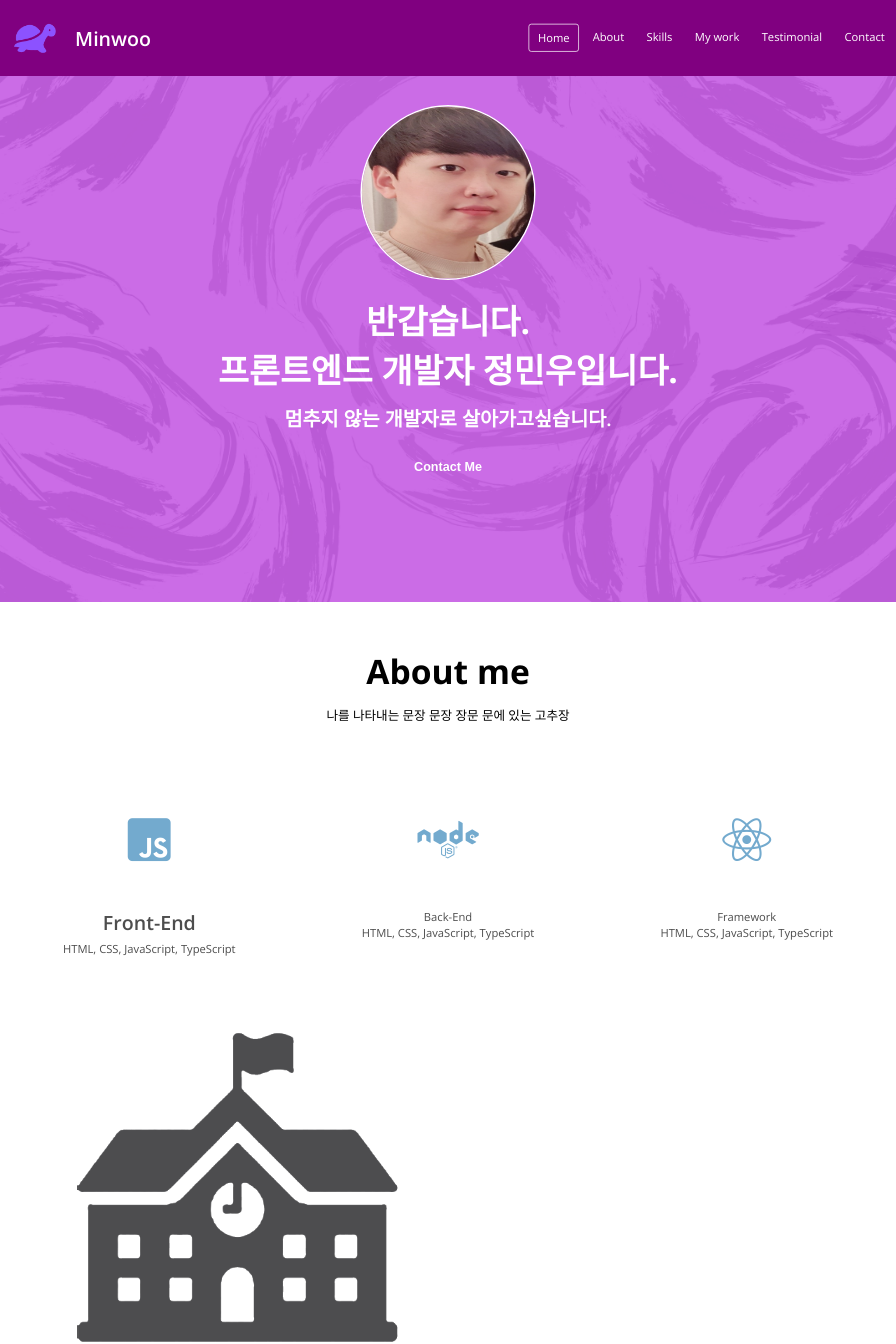
Repository: DevMinwoo-Jung/MinwooPortfolio
Page: index.html
These files come from the project's save history. The page is drawn as it stood at one moment and after the next save; the edit follows.
The browser window is 1280 px wide. The pictures show the part of the page from y = 0 to 1920 px (the page is 5419 px tall before and 5441 px after), at 70% of full size.

Above is the page before, as saved 2021-06-02 15:15:47.

### index.html
<!DOCTYPE html>
<html lang="en">
<head>
  <meta charset="UTF-8">
  <meta http-equiv="X-UA-Compatible" content="IE=edge">
  <meta name="viewport" content="width=device-width, initial-scale=1.0">
  <title>Minwoo's Portfolio</title>
  <meta name="description" content="(will be) world-renowned Front-End Web developer Minwoo">
  <meta name="author" content= "Minwoo Jung">
  <link rel="icon" type ="image/png" href="imgs/favicon.png">
  <link rel="stylesheet" href="https://use.fontawesome.com/releases/v5.15.3/css/all.css" integrity="sha384-SZXxX4whJ79/gErwcOYf+zWLeJdY/qpuqC4cAa9rOGUstPomtqpuNWT9wdPEn2fk" crossorigin="anonymous">
  <link rel="preconnect" href="https://fonts.gstatic.com">
<link href="https://fonts.googleapis.com/css2?family=Open+Sans:wght@400;600;700&display=swap" rel="stylesheet">
<link rel="stylesheet" href="style.css">
<script src="main.js" defer></script>
</head>
<body>
  <!-- Navbar -->
  <nav id="navbar">
    <div class="navbar__logo">
      <img src="imgs/favicon.png" alt="">
      <a href="#">Minwoo</a>
    </div>
    <div class="navbar__menu">
      <ul class="navbar__menu">
        <li class="navbar__menu__item active" data-link="#home">Home</li>
        <li class="navbar__menu__item" data-link="#about">About</li>
        <li class="navbar__menu__item" data-link="#skills">Skills</li>
        <li class="navbar__menu__item" data-link="#work">My work</li>
        <li class="navbar__menu__item" data-link="#testimonials">Testimonial</li>
        <li class="navbar__menu__item" data-link="#contact">Contact</li>
      </ul>
    </div>
  <!-- Toggle Button -->
      <button class="navbar__toggle-btn">
        <i class="fas fa-bars"></i>
      </button>
  </nav>


  <!-- Home -->
  <section id="home">
    <div class="home__container">
      <img src="imgs/myPhoto.jpg" alt="Minwoo's profile photo" class="home__avatar">
      <h1 class="home__title">반갑습니다. <br> 프론트엔드 개발자 정민우입니다.</h1>
      <h2 class="home__description">멈추지 않는 개발자로 살아가고싶습니다.</h2>
      <button class="home__contact" data-link="#contact">Contact Me</button>
    </div>
  </section>
  <!-- About -->
  <section id="about" class="section section__container">
    <h1>About me</h1>
    <p>나를 나타내는 문장 문장 장문 문에 있는 고추장</p>
    <div class="aoubt__majors">
      <div class="major">
        <div class="major__icon">
          <i class="fab fa-js-square"></i>
        </div>
        <h2 class="major__title">Front-End</h2>
        <div class="major__description">
          HTML, CSS, JavaScript, TypeScript
        </div>
      </div>
      <div class="major">
        <div class="major__icon">
          <i class="fab fa-node"></i>
        </div>
        <div class="major__title">Back-End</div>
        <div class="major__description">
          HTML, CSS, JavaScript, TypeScript
        </div>
      </div>
      <div class="major">
        <div class="major__icon">
          <i class="fab fa-react"></i>
        </div>
        <div class="major__title">Framework</div>
        <div class="major__description">
          HTML, CSS, JavaScript, TypeScript
        </div>
      </div>
    </div>
    <div class="aoubt__jobs">
      <div class="job">
        <img src="imgs/school.png" alt="" class="job__logo">
      </div>
      <div class="job__description">
        <p class="job__period">쌍용교육센터 - 2019.09 ~ 2020.04</p>
      </div>
      <div class="job">
        <img src="imgs/school.png" alt="" class="job__logo">
      </div>
      <div class="job__description">
        <p class="job__period">호서대학교 - 2012.02 ~ 2017.02</p>
      </div>
    </div>



  </section>
  <!-- Skills -->
  <section id="skills" class="section">
    <div class="section__container">
      <h1>Skills</h1>
      <h2>Skills & Attributes</h2>
      <p>
        나를 잘 포장할 말을 쓰면 된다
      </p>
      <div class="skillset">
        <div class="skillset__left">
          <h3 class="skillset__title">Skills</h3>
          <div class="skill">
            <div class="skill__description">
              <span>HTML</span>
              <span>90%</span>
            </div>
            <div class="skill__bar">
              <div class="skill__value" style="width: 99%;"></div>
            </div>
          </div>
          <div class="skill">
            <div class="skill__description">
              <span>JavaScript</span>
              <span>90%</span>
            </div>
            <div class="skill__bar">
              <div class="skill__value"  style="width: 99%;"></div>
            </div>
          </div>
          <div class="skill">
            <div class="skill__description">
              <span>CSS</span>
              <span>90%</span>
            </div>
            <div class="skill__bar">
              <div class="skill__value"  style="width: 90%;"></div>
            </div>
          </div>
          <div class="skill">
            <div class="skill__description">
              <span>TypeScript</span>
              <span>90%</span>
            </div>
            <div class="skill__bar">
              <div class="skill__value"  style="width: 85%;"></div>
            </div>
          </div>
          <div class="skill">
            <div class="skill__description">
              <span>NodeJs</span>
              <span>90%</span>
            </div>
            <div class="skill__bar">
              <div class="skill__value"  style="width: 80%;"></div>
            </div>
          </div>
        </div>
        <div class="skillset__right">
          <div class="tools">
            <h3 class="skillset__title">Tools</h3>
            <ul class="tools__list">
              <li><span>Visual Studio Code</span></li>
              <li><span>1</span></li>
              <li><span>2</span></li>
              <li><span>3</span></li>
              <li><span>4</span></li>
            </ul>
          </div>
          <div class="etc">
            <h3 class="skillset__title">Etc</h3>
            <ul class="etc__list">
              <li><span>Git</span></li>
              <li><span>Etc</span></li>
            </ul>
          </div>
        </div>
      </div>
    </div>
  </section>
  <!-- Work -->
  <section id="work" class="section">
<div class="section__container">
  <h1>My work</h1>
  <h3>Projects</h3>
  <div class="work__categories">
    <button class="category__btn active">All <span class="category__count">8</span></button>
    <button class="category__btn">Front-End <span class="category__count">3</span></button>
    <button class="category__btn">React <span class="category__count">2</span></button>
    <button class="category__btn">vanilaJs <span class="category__count">2</span></button>
    <button class="category__btn">nodeJs <span class="category__count">1</span></button>
  </div>
  <div class="work__projects">
    <a href="mygithub" class="project" target="blank" data-type="back-end">
    <img class="project__img" src="imgs/favicon.png" alt="project1">
    <!-- 이미지 추후에 넣자 -->
    <div class="project__description">
      <h3>Proejct</h3>
      <span>Clone coding with HTML and CSS</span>
    </div>
    </a>
    <a href="mygithub" class="project" target="blank" data-type="back-end">
      <img class="project__img" src="imgs/favicon.png" alt="project1">
      <!-- 이미지 추후에 넣자 -->
      <div class="project__description">
        <h3>Proejct</h3>
        <span>Clone coding with HTML and CSS</span>
      </div>
      </a>
      <a href="mygithub" class="project" target="blank" data-type="back-end">
        <img class="project__img" src="imgs/favicon.png" alt="project1">
        <!-- 이미지 추후에 넣자 -->
        <div class="project__description">
          <h3>Proejct</h3>
          <span>Clone coding with HTML and CSS</span>
        </div>
      </a>
      <a href="mygithub" class="project" target="blank" data-type="back-end">
        <img class="project__img" src="imgs/favicon.png" alt="project1">
        <!-- 이미지 추후에 넣자 -->
        <div class="project__description">
          <h3>Proejct</h3>
          <span>Clone coding with HTML and CSS</span>
        </div>
      </a>
      <a href="mygithub" class="project" target="blank" data-type="back-end">
        <img class="project__img" src="imgs/favicon.png" alt="project1">
        <!-- 이미지 추후에 넣자 -->
        <div class="project__description">
          <h3>Proejct</h3>
          <span>Clone coding with HTML and CSS</span>
        </div>
      </a>
      <a href="mygithub" class="project" target="blank" data-type="back-end">
        <img class="project__img" src="imgs/favicon.png" alt="project1">
        <!-- 이미지 추후에 넣자 -->
        <div class="project__description">
          <h3>Proejct</h3>
          <span>Clone coding with HTML and CSS</span>
        </div>
      </a>
      <a href="mygithub" class="project" target="blank" data-type="back-end">
        <img class="project__img" src="imgs/favicon.png" alt="project1">
        <!-- 이미지 추후에 넣자 -->
        <div class="project__description">
          <h3>Proejct</h3>
          <span>Clone coding with HTML and CSS</span>
        </div>
      </a>
      <a href="mygithub" class="project" target="blank" data-type="back-end">
        <img class="project__img" src="imgs/favicon.png" alt="project1">
        <!-- 이미지 추후에 넣자 -->
        <div class="project__description">
          <h3>Proejct</h3>
          <span>Clone coding with HTML and CSS</span>
        </div>
      </a>
  </div>
</div>
  </section>
  <!-- Testimonials -->
  <section id="testimonials" class="section">
<div class="section__container">
  <h1>Testmonials</h1>
  <h3>See what they say about me</h3>
  <div class="testimonials">
    <div class="testimonial">
      <img src="imgs/testimonail/people.jpg" alt="" class="testimonial__avatar">
      <div class="testimonail__speech-bubble">
        <p>Lorem Ipsum is simply dummy text of the printing and typesetting industry. Lorem Ipsum has been the industry's standard dummy text ever since the 1500s, when an unknown printer took a galley of type and scrambled it to make a type specimen book. It has survived not only five centuries, but also the leap into electronic typesetting, remaining essentially unchanged. It was popularised in the 1960s with the release of Letraset sheets containing Lorem Ipsum passages, and more recently with desktop publishing software like Aldus PageMaker including versions of Lorem Ipsum.</p>
        <p class="name"><a href="">이름</a>일한곳</p>
      </div>
    </div>
    <div class="testimonial">
      <div class="testimonail__speech-bubble">
        <p>Lorem Ipsum is simply dummy text of the printing and typesetting industry. Lorem Ipsum has been the industry's standard dummy text ever since the 1500s, when an unknown printer took a galley of type and scrambled it to make a type specimen book. It has survived not only five centuries, but also the leap into electronic typesetting, remaining essentially unchanged. It was popularised in the 1960s with the release of Letraset sheets containing Lorem Ipsum passages, and more recently with desktop publishing software like Aldus PageMaker including versions of Lorem Ipsum.</p>
        <p class="name"><a href="">이름</a>일한곳</p>
      </div>
      <img src="imgs/testimonail/people.jpg" alt="" class="testimonial__avatar">
    </div>
  </div>
</div>
  </section>
  <!-- Contact -->
  <section id="contact" class="section">
    <h1 class="contact__title">Let's talk</h1>
    <h2 class="contact__email">applejung312@gmail.com</h2>
    <div class="contact__links">
      <a href="https://github.com/DevMinwoo-Jung" target="_blank">
        <i class="fab fa-github"></i>
      </a>
      <a href="https://dev-minwoo.tistory.com/" target="_blank">
        <i class="fas fa-blog"></i>
      </a>
    </div>
    <p class="contact__right">
      2021 Minwoo Jung - All rights reseverd
    </p>
  </section>
</body>
</html>

### style.css
/* Global */
:root {
  /* Color */
  --color-white: #ffffff;
  --color-light-white: #eeeeee;
  --color-dark-white: #bdbdbd;
  --color-pink: #fe918d;
  --color-dark-pink: #ff6863;
  --color-dark-grey: #4d4d4d;
  --color-grey: #616161;
  --color-light-grey: #7c7979;
  --color-blue: #73aace;
  --color-yellow: #fff7d1;
  --color-orange: #feb546;
  --color-black: #000000;
  --color-dard-purple: rgb(78, 23, 69);

  /* Font size */
  --font-large: 48px;
  --font-medium: 28px;
  --font-regular: 18px;
  --font-small: 16px;
  --font-micro: 14px;

  /* Font weight */
  --weight-bold: 700;
  --weight-semi-bold: 600;
  --weight-regular: 400;

  /* Size */
  --size-border-radius: 4px;

  /* Animation Duration */
  --animation-duration: 300ms;
}

/* Universal tags */
* {
  box-sizing: border-box;
}

/* Typography */
h1 {
  font-size: var(--font-large);
  font-weight: var(--weight-bold);
  color: var(--color-black);
  margin: 16px 0px;
}

h2 {
  font-size: var(--font-medium);
  font-weight: var(--weight-semi-bold);
  color: var(--color-black);
  margin: 8px 0;
}

h3 {
  font-size: var(--font-regular);
  font-weight: var(--weight-regular);
  color: var(--color-black);
  margin: 8px 0;
}

p {
  font-size: var(--font-regular);
  font-weight: var(--weight-regular);
  color: var(--color-black);
  margin: 16px 0;
}

body {
  margin: 0;
  font-family: "Open Sans", sans-serif;
  cursor: default;
}

a {
  text-decoration: none;
  color: var(--color-white);
}

ul {
  list-style: none;
  padding-left: 0;
}

li {
  list-style: none;
}

button {
  background-color: transparent;
  cursor: pointer;
  border: none;
  outline: none;
}

/* Navbar */
#navbar {
  display: flex;
  justify-content: space-between;
  background-color: purple;
  align-items: center;
  position: fixed;
  width: 100%;
  transition: all var(--animation-duration) ease-in-out;
  z-index: 1;
}

#navbar.navbar--dark {
  background-color: rgb(150, 95, 150);
  padding: 8px;
}

.navbar__menu {
  display: flex;
}

.navbar__menu__item {
  padding: 8px 12px;
  margin: 0 4px;
  cursor: pointer;
  color: var(--color-white);
}

.navbar__menu__item.active {
  border: 1px solid var(--color-white);
  border-radius: var(--size-border-radius);
}

.navbar__menu__item:hover {
  background-color: var(--color-dard-purple);
  border-radius: var(--size-border-radius);
}

.navbar__logo {
  font-size: var(--font-medium);
  font-weight: var(--weight-semi-bold);
  color: white;
}

.navbar__logo img {
  height: 100px;
  width: 100px;
}

.navbar__logo a {
  position: relative;
  bottom: 35px;
}

.navbar__toggle-btn {
  position: absolute;
  right: 32px;
  font-size: 24px;
  color: var(--color-white);
  top: 24px;
  display: none;
}

/* Home */
#home {
  background: url("imgs/background\ Img.png") center/cover no-repeat;
  padding: 150px;
  text-align: center;
}

.home__fadeOut {
  opacity: 0.5;
  transition: all calc(var(--animation-duration)) ease-in-out;
}

.home__avatar {
  width: 250px;
  height: 250px;
  border-radius: 50%;
  border: 2px solid var(--color-white);
}

.home__title,
.home__description {
  color: var(--color-white);
}

.home__contact {
  color: var(--color-white);
  font-size: var(--font-regular);
  font-weight: var(--weight-bold);
  margin: 24px;
  padding: 8px 12px;
  border: 2px solid (var(--color-white));
  border-radius: var(--size-border-radius);
}

/* Section common */
.section {
  margin: auto;
  padding: 50px;
  text-align: center;
}

.section__container {
  max-width: 1200px;
  margin: auto;
}

/* About */
.aoubt__majors {
  display: flex;
  justify-content: space-between;
  margin: 80px 0;
}

.major__icon {
  width: 170px;
  height: 170px;
  font-size: 70px;
  line-height: 170px;
  margin: auto;
  border: 1px solid var(--color-white);
  border-radius: 50%;
  margin-bottom: 16px;
  color: var(--color-blue);
}

.major__icon i {
  transition: all var(--animation-duration) ease;
}

.major__icon:hover i {
  color: var(--color-pink);
  transform: rotate(-30deg) scale(1.1);
}

/*
.major__icon i:hover{
  이렇게하면 i에 올려났을때만 변하지만
  위처럼하면 icon에 올렸을때 i만 변한다
  color: var(--color-pink);
  transform: rotate(-30deg) scale(1.1);
} */

.major__title,
.major__description {
  color: var(--color-dark-grey);
}

.major__description {
  font-size: var(--font-small);
}

.job {
  display: flex;
  align-items: center;
}

.job__description {
  margin: 0 16px;
  text-align: left;
}

.job__name,
.job__period {
  color: var(--color-light-grey);
}

.job__name {
  font-size: var(--font-small);
}

.job__period {
  font-size: var(--font-micro);
}

/* Skill */
#skills {
  background-color: var(--color-yellow);
}

.skillset {
  display: flex;
  background-color: var(--color-light-grey);
  color: var(--color-light-white);
  margin: 20px 0;
}

.skillset__title {
  color: var(--color-white);
}

.skillset__left {
  flex-basis: 60%;
  background-color: var(--color-dark-grey);
  color: var(--color-white);
  padding: 20px 40px;
}

.skill__description {
  display: flex;
  justify-content: space-between;
}

.skillset__right {
  flex-basis: 40%;
}

.tools {
  background-color: var(--color-grey);
}

.skill__bar {
  width: 100%;
  height: 3px;
  background-color: var(--color-grey);
}

.skill {
  margin-bottom: 32px;
}

.skill__value {
  height: 3px;
  background-color: var(--color-orange);
}

.tolls,
.etc {
  padding: 20px;
}

/* Work */
.work__categories {
  margin: 40px;
}

.category__btn {
  border: 1px solid var(--color-dark-grey);
  border-radius: var(--size-border-radius);
  font-size: var(--font-regular);
  padding: 8px 48px;
}

.category__btn.active,
.category__btn:hover {
  background-color: var(--color-pink);
  color: var(--color-white);
}

.category__btn.active,
.category__count,
.category__btn:hover .category__count {
  opacity: 1;
  top: 0;
}
.category__count {
  background-color: var(--color-orange);
  border-radius: 50%;
  color: var(--color-white);
  width: 24px;
  height: 24px;
  display: inline-block;
  line-height: 24px;
  position: relative;
  top: -20px;
  left: 4px;
  opacity: 0;
  transition: all var(--animation-duration);
}

.work__projects {
  display: flex;
  flex-wrap: wrap;
  justify-content: center;
}

.project {
  width: 280px;
  display: flex;
  justify-content: center;
  align-items: center;
  height: 250px;
  margin: 2px;
  background-color: var(--color-light-white);
  position: relative;
}

.project__img {
  max-width: 100%;
  max-height: 100%;
  align-self: center;
}

.project__description {
  position: absolute;
  top: 0;
  left: 0;
  width: 100%;
  height: 100%;
  display: flex;
  flex-direction: column;
  justify-content: center;
  opacity: 0;
  transition: all var(--animation-duration) ease-in;
  transform: translateY(10px);
  background-color: black;
}

.project:hover .project__description {
  opacity: 0.8;
  transform: translateY(0px);
}

.project__description h3 {
  color: var(--color-white);
}

.project__description h3:after {
  content: "";
  display: block;
  position: relative;
  width: 25px;
  height: 25px;
  left: 50%;
  margin-left: -12px;
  background-color: var(--color-dark-white);
}

/* Testimonial */
#testimonials {
  background-color: var(--color-dark-white);
}

.testimonials {
  margin: 40px;
}

.testimonial {
  display: flex;
  margin: 32px 0;
}

.testimonial__avatar {
  width: 150px;
  height: 150px;
  border-radius: 50%;
}

.testimonial__avatar:nth-child(odd) {
  margin-right: 40px;
}

.testimonial__avatar:nth-child(even) {
  margin-left: 40px;
}

.testimonail__speech-bubble {
  padding: 18px;
  background-color: var(--color-white);
  border-radius: var(--size-border-radius);
}

.testimonail__speech-bubble p {
  color: var(--color-light-grey);
}

.testimonail__speech-bubble a {
  color: var(--color-pink);
}

/* Contact */

#contact {
  background-color: var(--color-pink);
}

.contact__title,
.contact__email,
.contact__rights {
  color: var(--color-white);
}

.contact__title {
  margin: 32px 0;
}

.contact__links {
  font-size: var(--font-large);
  margin: 24px 0;
}

.contact__links i:hover {
  transform: scale(1.1);
  color: var(--color-yellow);
  transition: all var(--animation-duration) ease-in;
}

@media screen and (max-width: 768px) {
  .navbar__toggle-btn {
    display: block;
  }
  #navbar {
    flex-direction: column;
    align-items: flex-start;
    transition: 0.4s;
  }
  .navbar__menu {
    flex-direction: column;
    text-align: center;
    width: 100%;
    display: none;
  }

  .about__majors {
    flex-direction: column;
  }

  .major {
    margin-bottom: 38px;
  }

  .skillset {
    flex-direction: column;
  }

  .project {
    flex-grow: 1;
  }

  .testimonail__avatar {
    width: 80px;
    height: 80px;
  }
}

### main.js
'use strict'

// const scroll = window.scrollY; // 0 ~
// const navbar = document.getElementById('navbar').getBoundingClientRect().height; // 139


// Make navbar tranparent when it is on the top
const navbar = document.querySelector('#navbar');
const navbarHeight = navbar.getBoundingClientRect().height;

document.addEventListener('scroll', () => {
  if(window.scrollY > navbar){
    navbar.classList.add('navbar--dark');
  } else {
    document.getElementById('navbar').style.backgroundColor = 'purple'
    navbar.classList.remove('navbar--dark');
  }
});


// handle scroll when click navbar menu
// navbar가 메뉴 가림 추후 해결 해야함 2021.06.02
const navbarMenu = document.querySelector('.navbar__menu');
navbarMenu.addEventListener('click', (event) => {
  const target = event.target;
  const link = target.dataset.link;
  if(link == null){
    return;
  }
  scollIntoView(link);
});


// handle scroll when click contact
const contactMe = document.querySelector('.home__contact');
contactMe.addEventListener('click', () => {
  scollIntoView('#contact');
});




// home contents is faded out when scroll down
const homeContents = document.querySelector('.home__container');
const homeHeight = homeContents.getBoundingClientRect().height;
document.addEventListener('scroll', () => {
  homeContents.style.opacity = 1 - window.scrollY / homeHeight;
})

// functions
function scollIntoView(selector){
  const scrollTo = document.querySelector(selector);
  scrollTo.scrollIntoView({ behavior: 'smooth'});
}

After the next save:
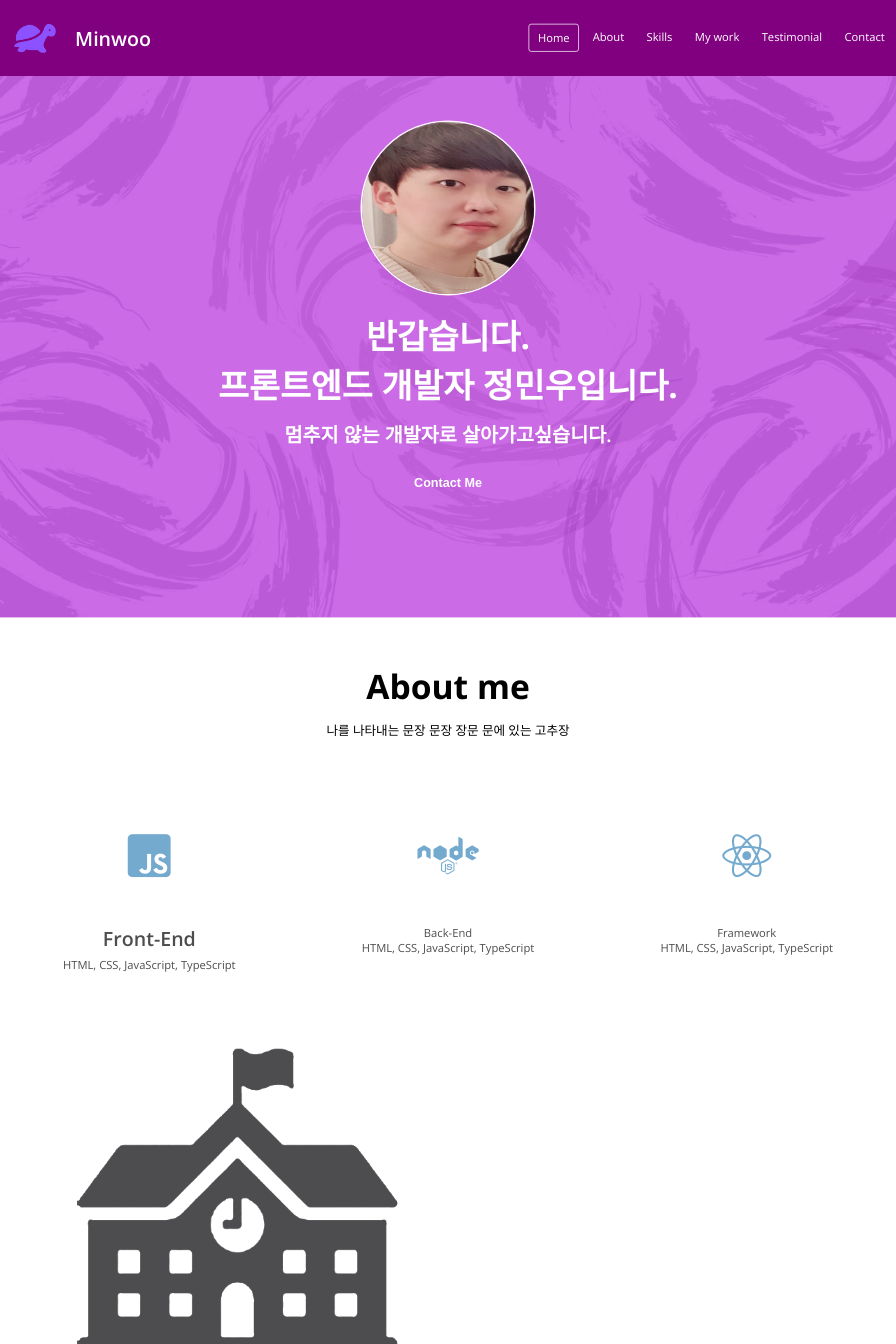
Saved 19 h 46 min later.
--- a/index.html
+++ b/index.html
@@ -37,6 +37,11 @@
       </button>
   </nav>
 
+  <!-- Arrow Button -->
+  <button class="home__btn">
+    <i class="fas fa-bars"></i>
+  </button>
+
 
   <!-- Home -->
   <section id="home">
